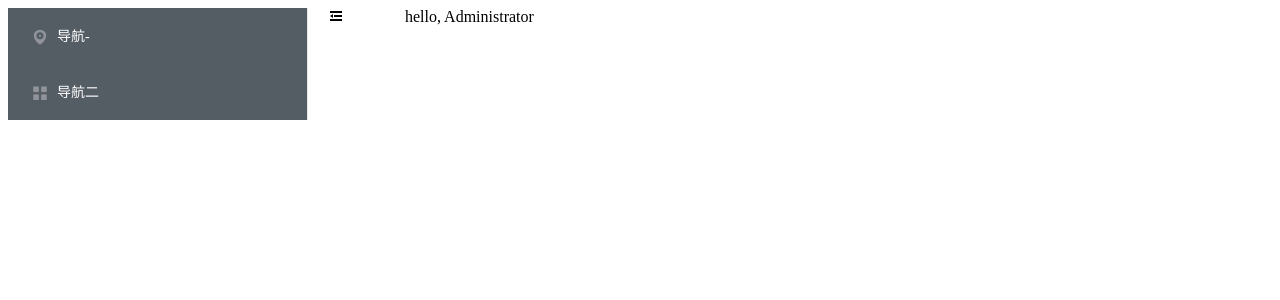
Repository: qianxuebing/admin
Page: /
These files come from the project's save history. The page is drawn as it stood at one moment and after the next save; the edit follows.
The browser window is 1280 px wide. The pictures show the whole page.
The project was rebuilt for these pictures with package versions that can differ from the ones it lists, and the page was loaded fresh each time. Also part of the build but not shown: src/components/HelloWorld.vue. Imported but missing from the stored project, and not drawn on this page: src/views/home/Home.

Above is the page before, as saved 2019-12-09 11:44:41.

### src/main.js
// The Vue build version to load with the `import` command
// (runtime-only or standalone) has been set in webpack.base.conf with an alias.
import Vue from 'vue'
import App from './App'
import router from './router'
import ElementUI from 'element-ui'
import 'element-ui/lib/theme-chalk/index.css'
import store from './store/index'

Vue.use(ElementUI)

Vue.config.productionTip = false

/* eslint-disable no-new */
new Vue({
  el: '#app',
  router,
  store,
  components: { App },
  template: '<App/>'
})

### src/router/index.js
import Vue from 'vue'
import Router from 'vue-router'
import HelloWorld from '@/components/HelloWorld'
import Home from '@/views/home/Home'
import Layout from '@/views/layout/Layout'

Vue.use(Router)

export default new Router({
  mode: 'history',
  routes: [
    {
      path: '/',
      name: 'Layout',
      component: Layout
    },
    {
      path: '/Home',
      name: 'Home',
      component: Home
    },
    {
      path: '/HelloWorld',
      name: 'HelloWorld',
      component: HelloWorld
    }
  ]
})

### src/store/index.js
import Vue from 'vue'
import Vuex from 'vuex'

Vue.use(Vuex)

const store = new Vuex.Store({
  state: {
    isActive: false
  },
  getters: {

  },
  mutations: {
    TOGGLE_SIDEBAR (state) {
      state.isActive = !state.isActive
    }
  },
  actions: {
    toggleSideBar ({commit}) {
      commit('TOGGLE_SIDEBAR')
    }
  }
})

export default store

### src/views/layout/Layout.vue
<template>
  <el-container>
      <el-aside>
          <side-bar></side-bar>
      </el-aside>
      <el-container>
          <el-header>
            <nav-bar></nav-bar>
          </el-header>
          <el-main>
            <router-view></router-view>
          </el-main>
      </el-container>
  </el-container>
</template>

<script>
import SideBar from '../../components/SideBar'
import NavBar from '../../components/NavBar'
export default {
  components: {
    SideBar,
    NavBar
  }
}
</script>

<style>

</style>

### src/components/SideBar.vue
<template>
  <el-menu class="el-menu-vertical-demo" :collapse="isActive" background-color="#545c64" text-color="#fff" active-text-color="#ffd04b">
    <el-menu-item index="1">
      <i class="el-icon-location"></i>
      <span slot="title">导航-</span>
    </el-menu-item>
    <el-menu-item index="2">
      <i class="el-icon-menu"></i>
      <span slot="title">导航二</span>
    </el-menu-item>
  </el-menu>
</template>

<script>
import { mapState } from 'vuex'
export default {
  computed: {
    ...mapState(['isActive'])
  }
}
</script>

<style>

</style>

### src/components/NavBar.vue
<template>
  <el-row>
      <el-col :span="2">
          <i :class="`${isActive ? 'el-icon-s-unfold' : 'el-icon-s-fold'}`" @click="toggleSideBar"></i>
      </el-col>
      <el-col :span="22">
          <span>hello, Administrator</span>
      </el-col>
  </el-row>
</template>

<script>
import { mapState } from 'vuex'
export default {
  computed: {
    ...mapState(['isActive'])
  },
  methods: {
    toggleSideBar () {
      this.$store.dispatch('toggleSideBar')
    }
  }
}
</script>

<style>

</style>

Loaded but not shown: index.html (common file); src/App.vue (common file)

After the next save:
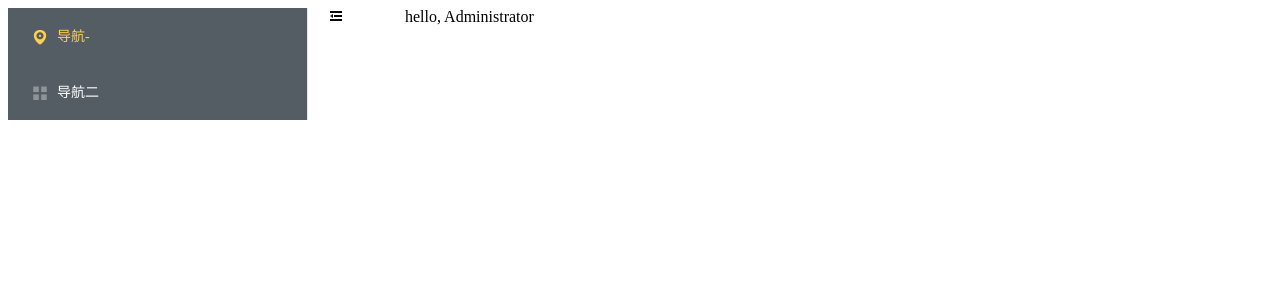
Saved 17 s later.
--- a/src/components/SideBar.vue
+++ b/src/components/SideBar.vue
@@ -1,5 +1,5 @@
 <template>
-  <el-menu class="el-menu-vertical-demo" :collapse="isActive" background-color="#545c64" text-color="#fff" active-text-color="#ffd04b">
+  <el-menu default-active="1" class="el-menu-vertical-demo" :collapse="isActive" background-color="#545c64" text-color="#fff" active-text-color="#ffd04b">
     <el-menu-item index="1">
       <i class="el-icon-location"></i>
       <span slot="title">导航-</span>
